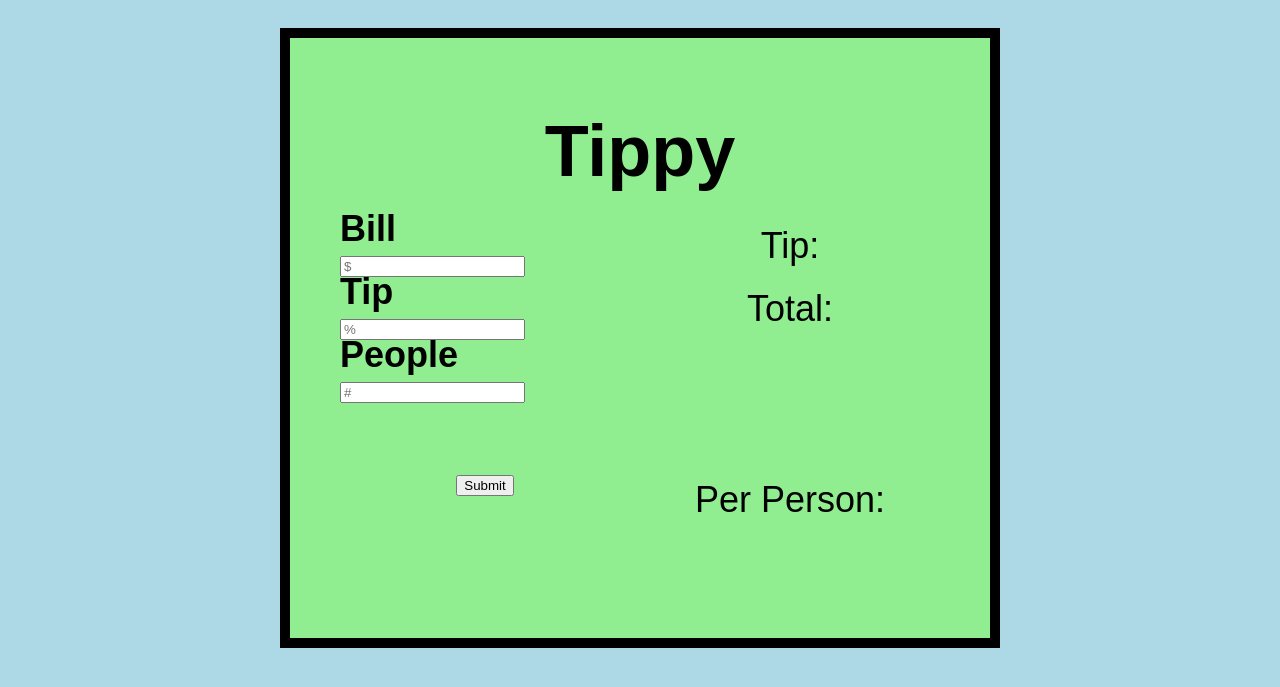
Repository: SamirIngley/Tip-Calculator
Page: tip_display.html
These files come from the project's save history. The page is drawn as it stood at one moment and after a run of saves; the edit follows.
The browser window is 1280 px wide. The pictures show the whole page.

Above is the page before, as saved 2020-02-13 11:33:28.

After the next 2 saves:
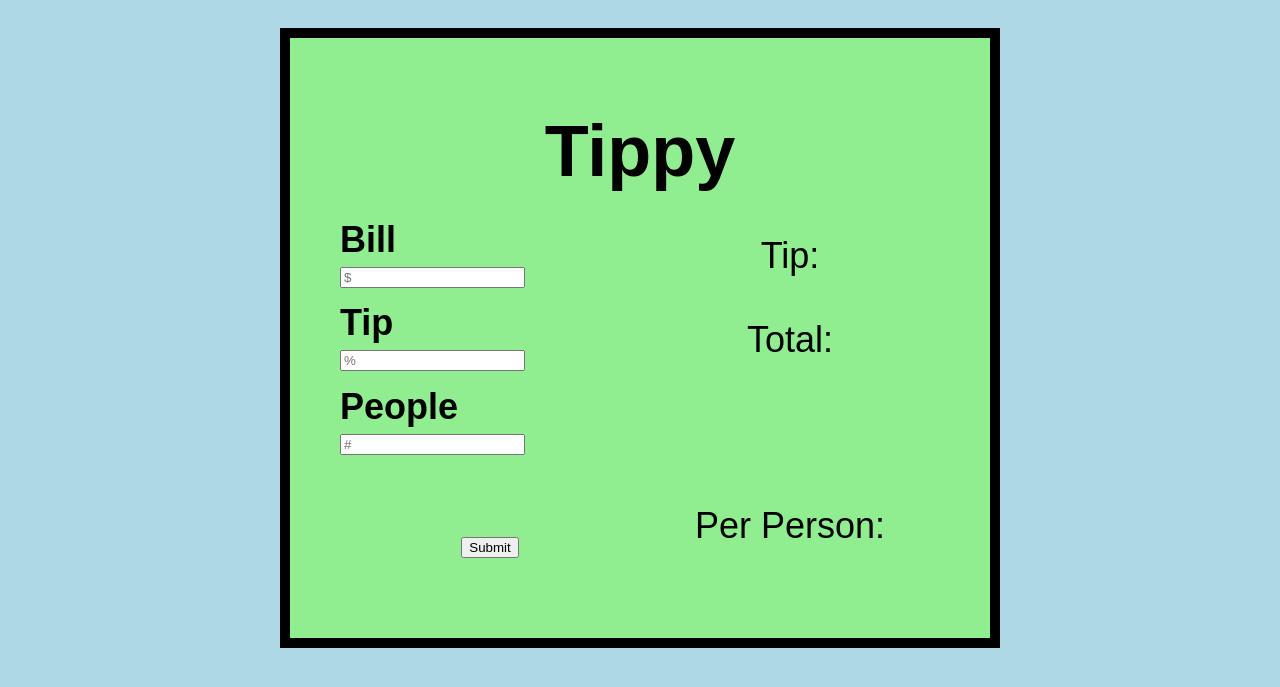
The 2 saves are shown as one change because they came seconds apart.
The last was saved 17 s later.
--- a/style.css
+++ b/style.css
@@ -60,7 +60,7 @@ body {
 }
 
 .submit {
-    padding: 30px 50px 100px 40px;
+    padding: 30px 30px 30px 30px;
     grid-area: s;
 }
 
